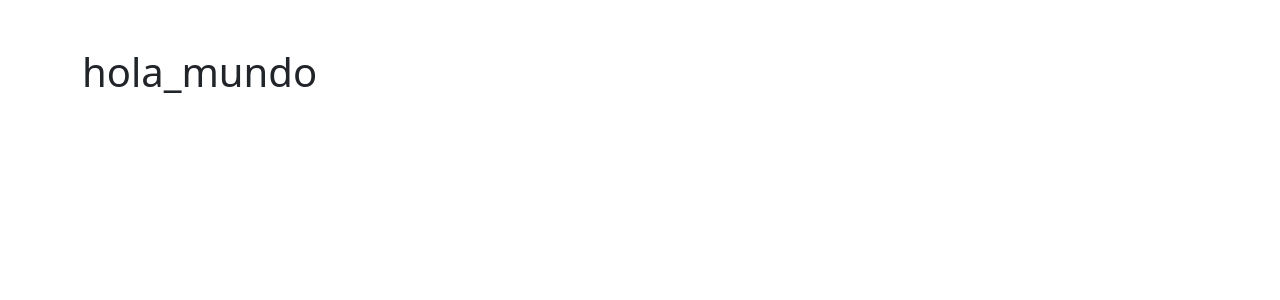
Repository: jorgi710/Prueba-Bootstrap
Page: /
These files come from the project's save history. The page is drawn as it stood at one moment and after the next save; the edit follows.
The browser window is 1280 px wide. The pictures show the whole page.
The project was rebuilt for these pictures with package versions that can differ from the ones it lists, and the page was loaded fresh each time. Also part of the build but not shown: src/App.css.

Above is the page before, as saved 2021-03-30 10:16:52.

### src/index.js
import React from 'react';
import ReactDOM from 'react-dom';
import App from './App';
import 'bootstrap/dist/css/bootstrap.min.css';


ReactDOM.render(
  <React.StrictMode>
    <App />
  </React.StrictMode>,
  document.getElementById('root')
);

### src/App.js
import './App.css';

function App() {
  return (
    <div className=" container mt-5">
      <h1>hola_mundo</h1>
    </div>
  );
}

export default App;

Loaded but not shown: public/index.html (common file); src/App.css (no copy from this time; the picture is the same without it)

After the next save:
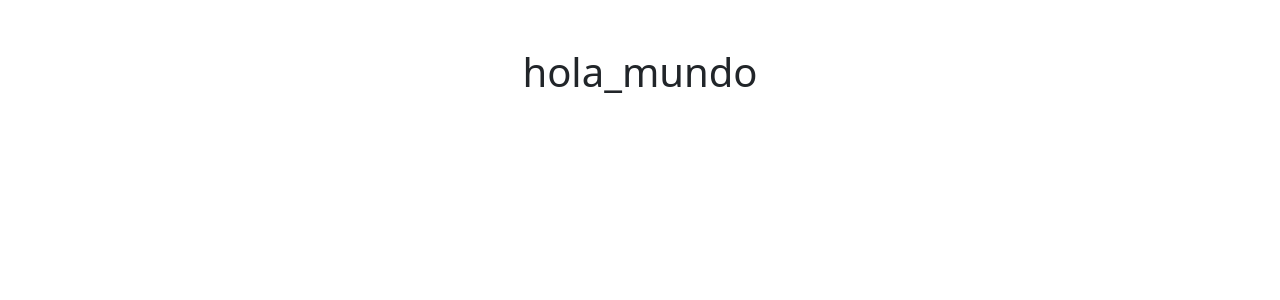
Saved 6 s later.
--- a/src/App.js
+++ b/src/App.js
@@ -2,7 +2,7 @@ import './App.css';
 
 function App() {
   return (
-    <div className=" container mt-5">
+    <div className=" container mt-5 text-center">
       <h1>hola_mundo</h1>
     </div>
   );
